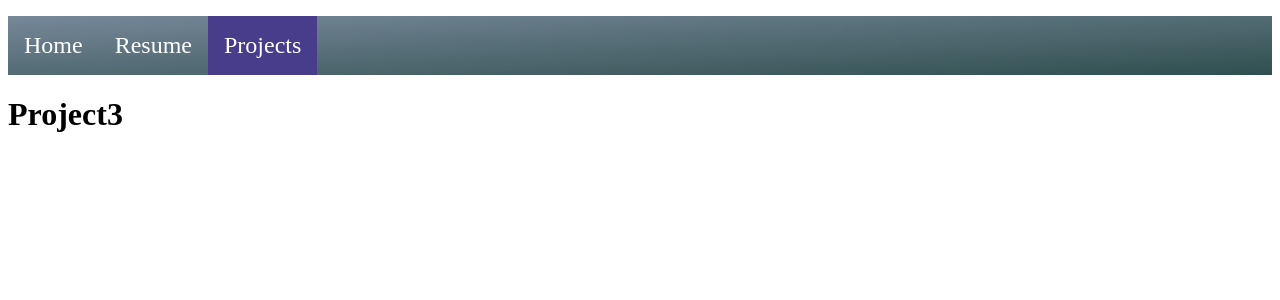
Repository: brody-toth/brody-toth.github.io
Page: project3.html
The author's editor kept a record of every edit. The page is drawn from the files as they stood at one moment, then again after the next edit.
The browser window is 1280 px wide. The pictures show the whole page.

Above is the page before.

After the next edit:
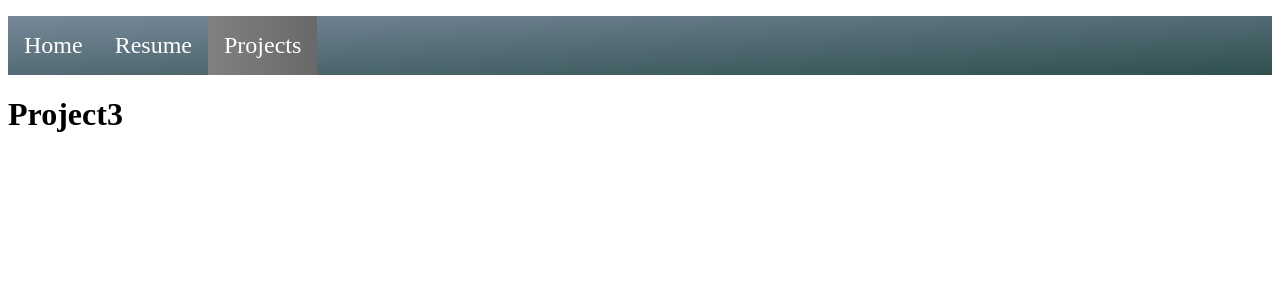
The edit:
--- a/style.css
+++ b/style.css
@@ -38,5 +38,5 @@
 }
 
 .active{
-    background-color: darkslateblue;
+    background-image: linear-gradient(to right, gray, dimgray)
 }
